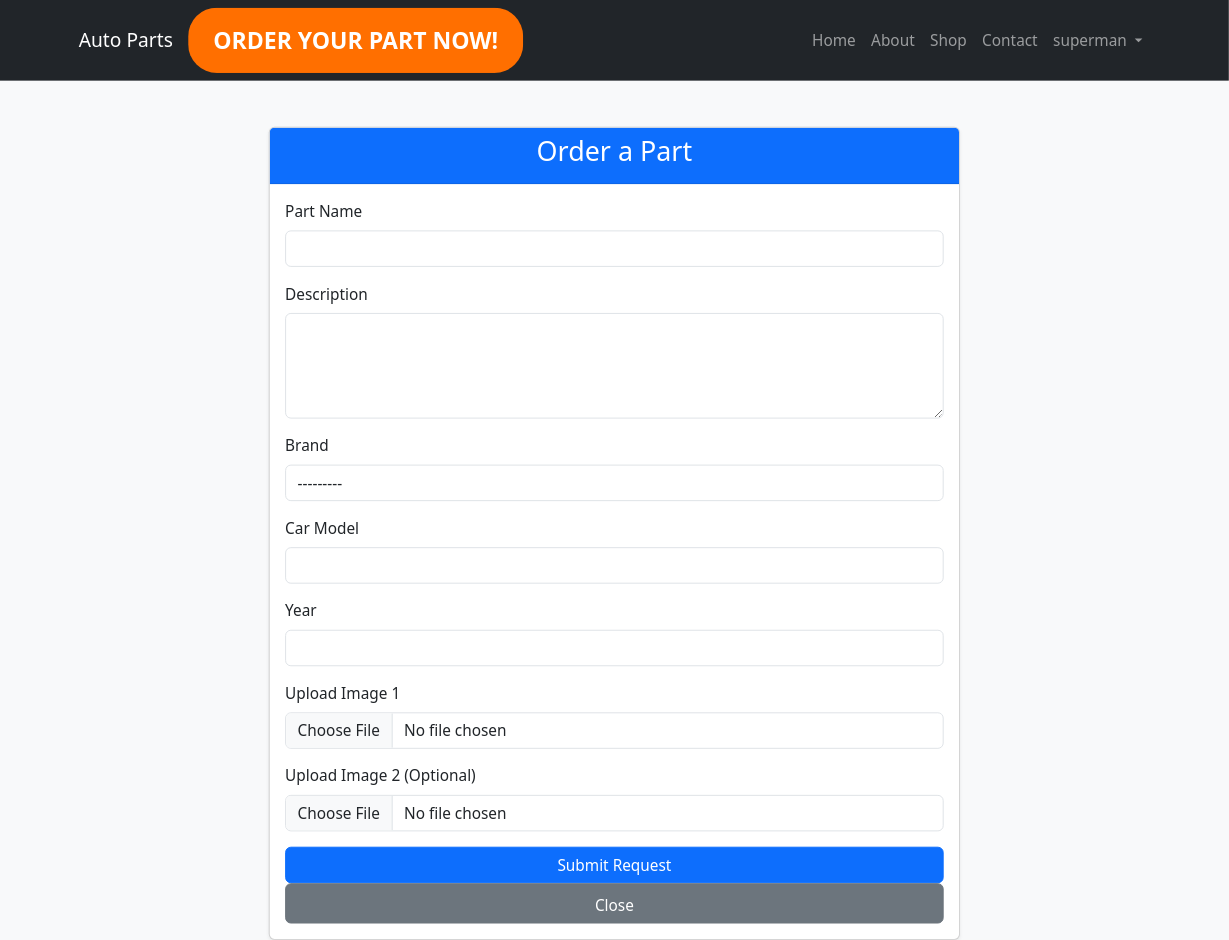
Repository: Jijiluzana225/onlineparts
Page: http://localhost/order/
These files come from the project's save history. The page is drawn as it stood at one moment and after the next save; the edit follows.
The browser window is 1280 px wide. The pictures show the whole page, at 96% of full size.
The page is served by the project's application, run on Django 5.2 (manage.py). The first stored user is signed in. The page reads the database file committed with the project.

Above is the page before, as saved 2025-02-19 13:36:04.

After the next save:
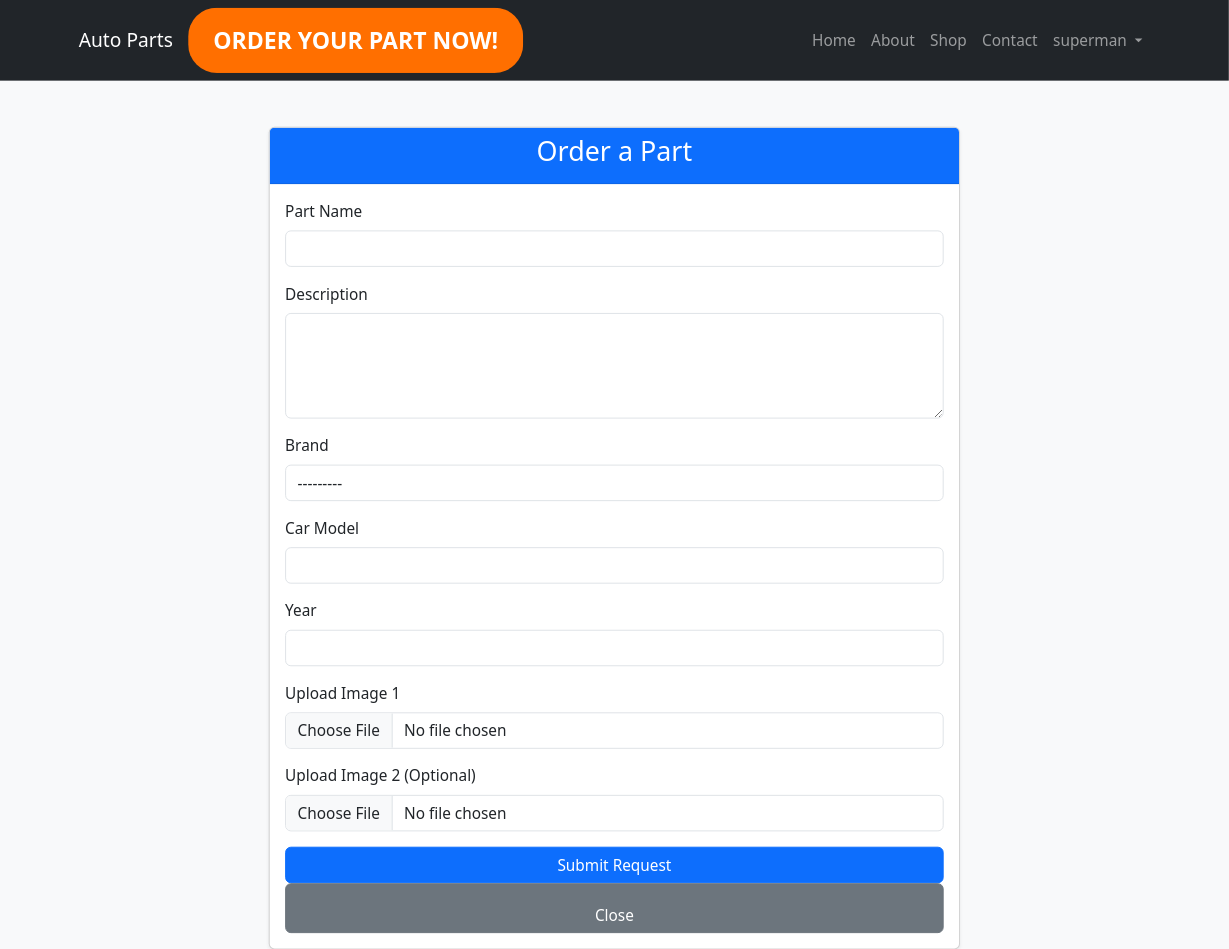
Saved 10 s later.
--- a/orders/templates/orders/order_part.html
+++ b/orders/templates/orders/order_part.html
@@ -50,7 +50,7 @@
 
                         <button type="submit" class="btn btn-primary w-100">Submit Request</button>
 
-                        <button style="padding-top:10px" type="button" class="btn btn-secondary w-100" onclick="location.href='{% url 'home' %}'">
+                        <button style="padding-top:20px" type="button" class="btn btn-secondary w-100" onclick="location.href='{% url 'home' %}'">
                             Close
                         </button>
 
